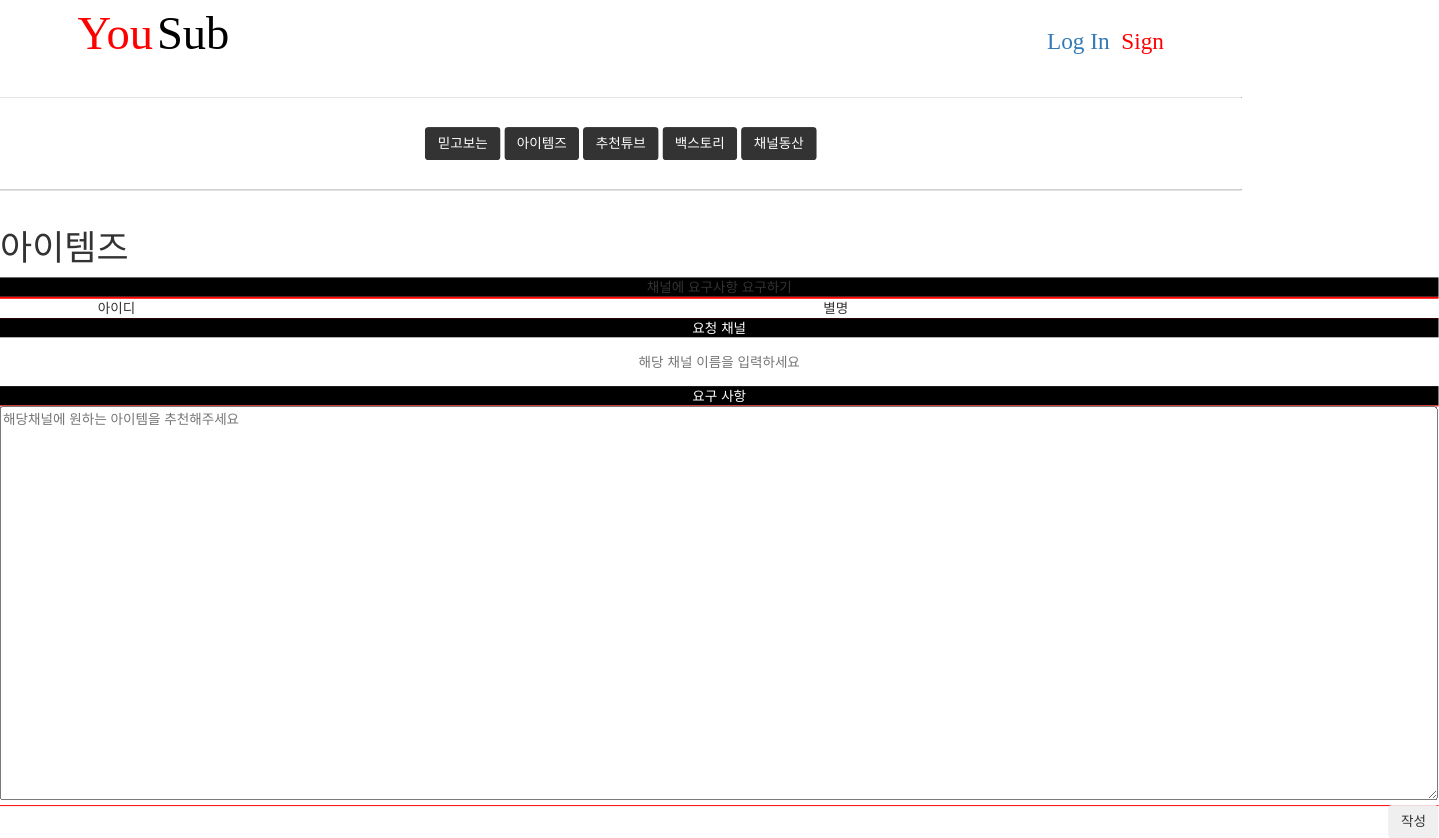
Repository: rkdeoqja/YouSub
Page: http://localhost/yousub/board/itemsWrite.jsp
The author's editor kept a copy of each file at every save. The page is drawn from the files as they stood at one save, then again after the next save.
The browser window is 1280 px wide. The page is 1483 px wide, so the pictures cover 1483 px, including what lies to the right of the window. The pictures show the whole page, at 97% of full size.
Some web fonts or font styles are not loaded; a fallback is used. The page is served by Tomcat 9.

Above is the page before, as saved 2019-10-16 14:25:34.

After the next save:
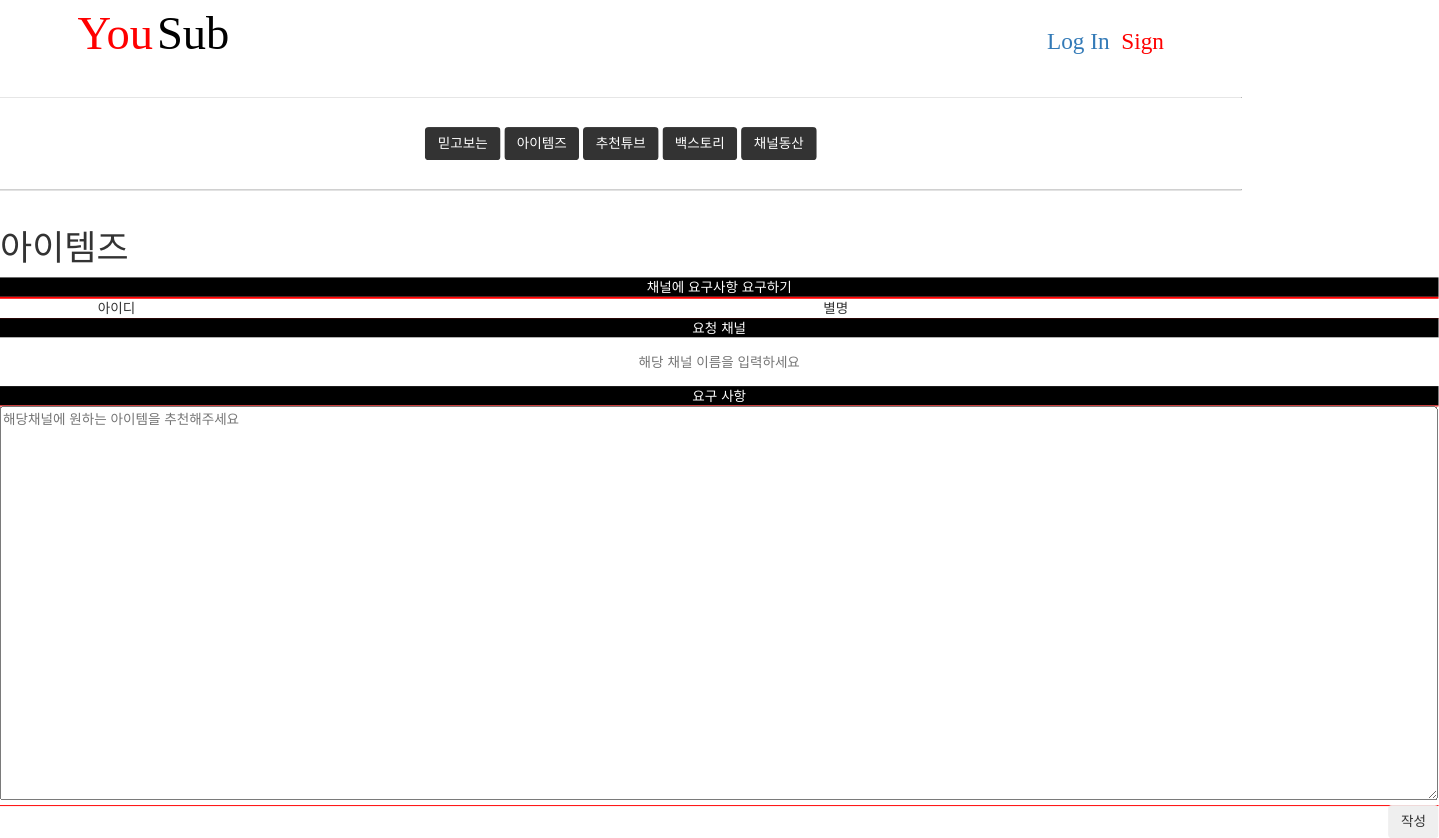
Saved 19 s later.
--- a/yousub/WebContent/board/itemsWrite.jsp
+++ b/yousub/WebContent/board/itemsWrite.jsp
@@ -41,7 +41,7 @@ div{margin:auto;}
 			<th><h1>아이템즈</h1><th>
 		</tr>
 		<tr>
-			<td colspan=4 height="2" bgcolor="black" align="Center">채널에 요구사항 요구하기</td>
+			<td colspan=4 height="2" bgcolor="black" align="Center" style="color: white">채널에 요구사항 요구하기</td>
 		</tr>
 		<tr>
 		<td colspan=4 height="2" bgcolor="red"></td>
